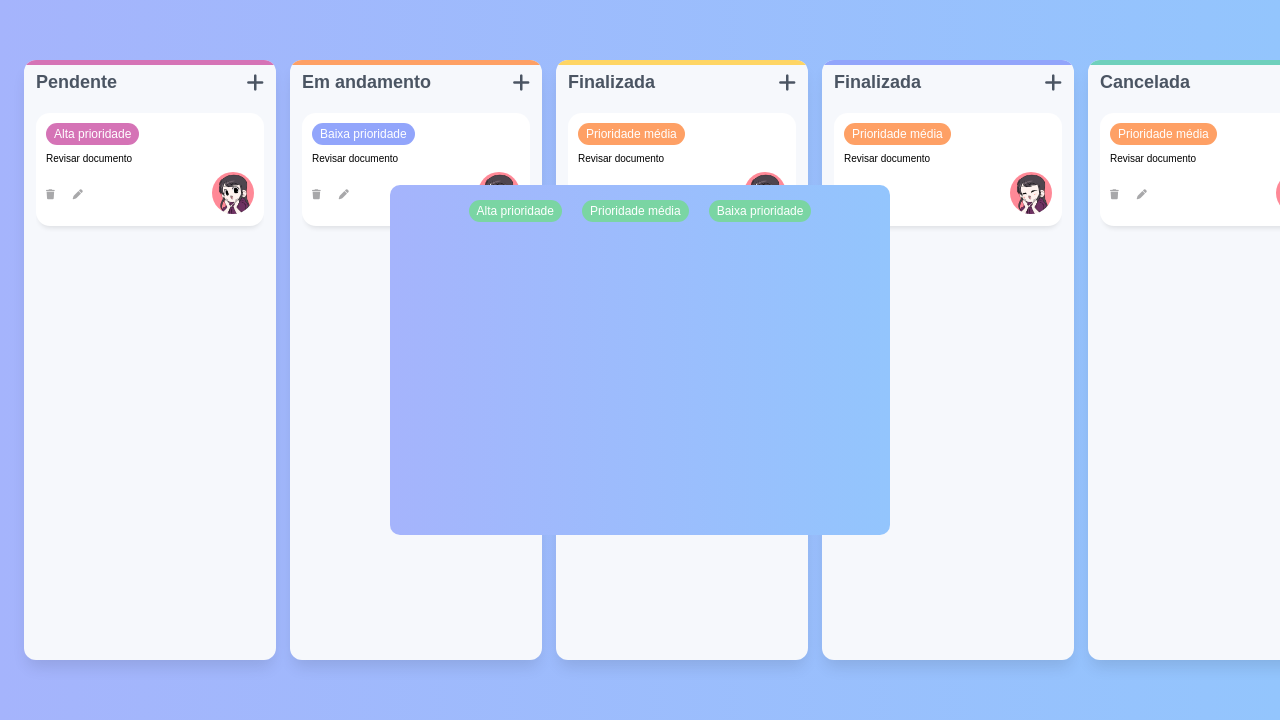
Repository: Marinalr-25/ProjetoToDoList
Page: index.html
An editor plug-in stored every save of this project. The page is shown before and after the next save, followed by the edit.
The browser window is 1280 px wide. The pictures show the whole page.
Some web fonts or font styles are not loaded; a fallback is used. Some web libraries are served in a nearby version.

Above is the page before, as saved 2024-10-31 18:12:28.

After the next save:
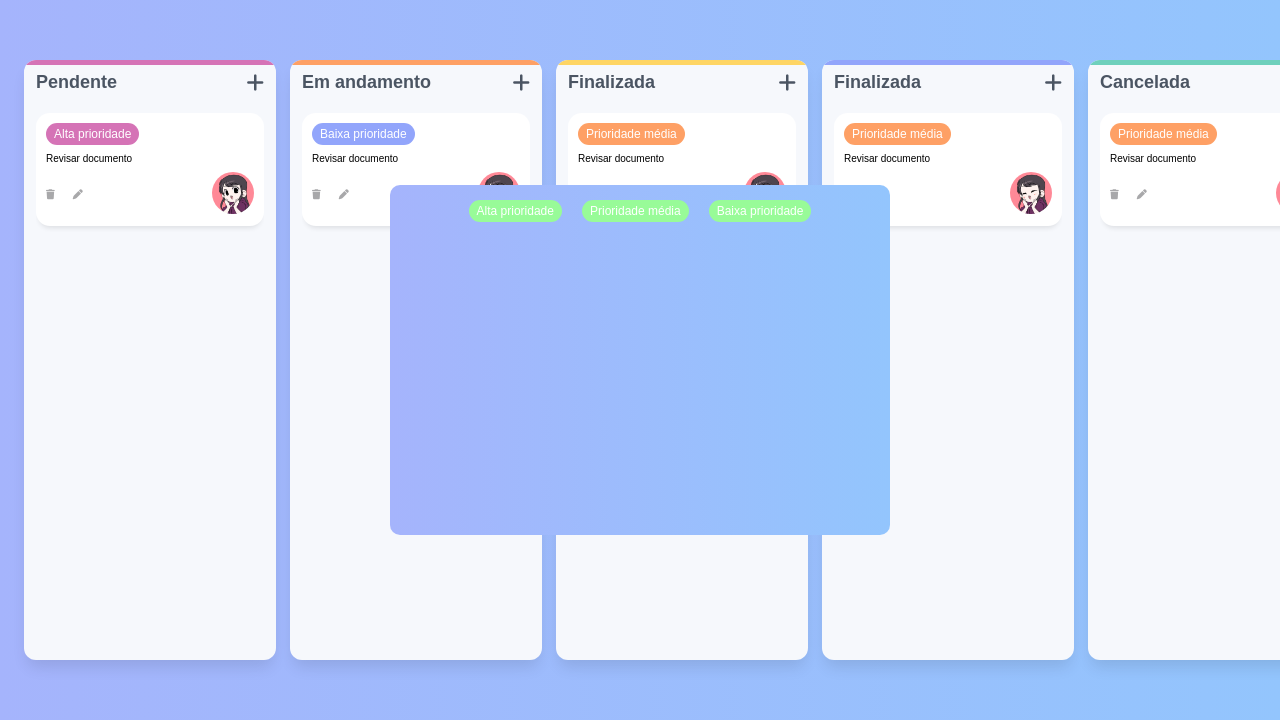
Saved 37 s later.
--- a/css/style.css
+++ b/css/style.css
@@ -188,7 +188,7 @@ body {
   margin: 0.5rem;
   cursor: pointer;
   transition: transform 0.2s ease;
-  background-color: #7ad5a3;
+  background-color: #98fb98;
   color: #ffffff;
   width: fit-content;
   font-size: 1.2rem;
